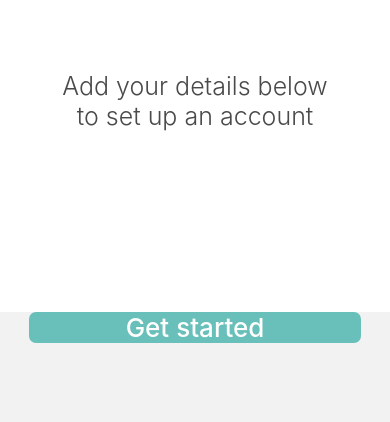
Repository: pheonixlegend/keleya
Screen: /Sign Up
The author's editor kept a copy of each file at every save. The screen is drawn from the files as they stood at one save, then again after the next save.
The pictures show rows 422 to 1018 of an output 844 px tall.
The app was drawn by React Native's web renderer in a window 390 px wide. The project was rebuilt for these pictures with package versions that can differ from the ones it lists, and the page was loaded fresh each time.

Above is the screen before, as saved 2021-10-01 00:37:42.

### App.tsx
import { StatusBar } from 'expo-status-bar';
import React from 'react';
import { StyleSheet, Text, View } from 'react-native';
import Home from './screens/Home';
import { NavigationContainer } from '@react-navigation/native';
import AppStack from './routes/AppStack';

export default function App() {
  return (
    <NavigationContainer>
      <AppStack />
    </NavigationContainer>
  );
}

const styles = StyleSheet.create({
  container: {
    flex: 1,
    backgroundColor: '#fff',
    alignItems: 'center',
    justifyContent: 'center',
  },
});

### routes/AppStack.tsx
import { createStackNavigator } from '@react-navigation/stack';
import { Image } from 'react-native';
import Home from '../screens/Home';
import ImageHeader from '../components/ImageHeader';
import SignUp from '../screens/SignUp';
import React from 'react';
import { Entypo } from '@expo/vector-icons';

const Stack = createStackNavigator();
    const appStack = () => {
        return (
            <Stack.Navigator
                screenOptions={{
                headerShown: false,
                headerTransparent: true,
                headerStyle: {
                  },
                  headerBackTitleStyle: {
                      opacity: 0,
                  },
                  headerTintColor: 'transparent'
                }}
            >
                <Stack.Screen name="Home" component={Home} />
                <Stack.Screen
                    name="Sign Up"
                    component={SignUp}
                    options={{
                        headerShown: true,
                        headerBackImage: ()=>(<Entypo name='arrow-left' size={22}
                        color="#4a4a4a" style={{ paddingLeft: '20%', marginTop: '-10%' }} />)
                    }}
                />
            </Stack.Navigator>
        )
    }
export default appStack

### screens/Home.tsx
import { StatusBar } from 'expo-status-bar';
import React from 'react';
import { StyleSheet, Text, View, Button, Image, SafeAreaView, ImageBackground, TouchableOpacity } from 'react-native';
import { Global } from '../styles/Global'

const Home = ({navigation}: {navigation: any}) => {
  const pressHandler = () => {
    navigation.push("Sign Up")
  }

  return (
    <ImageBackground source={require('../assets/images/first-intro-image.png')} style={styles.backgroundImage} >

    <SafeAreaView style={Global.container}>
      <StatusBar backgroundColor={'transparent'} translucent/>

      <View style={styles.imageContainer}>
        <Image source={require('../assets/images/keleya-logo.png')} style={styles.image} resizeMode="contain" />
      </View>

      <View style={styles.centeredView}>
        <Text style={styles.subText}>For a fit and relaxed pregnancy</Text>
      </View>

      <View style={styles.buttonContainer}>
      <TouchableOpacity style={styles.customBtnBGBottom} onPress={pressHandler}>
        <Text style={styles.customBtnTextBottom}>Get started</Text>
      </TouchableOpacity>


      <TouchableOpacity style={styles.customBtnBGBottom2} onPress={pressHandler}>
        <Text style={styles.customBtnTextBottom2}>Or login</Text>
      </TouchableOpacity>
      </View>
    </SafeAreaView>

    </ImageBackground>
  )
}

const styles = StyleSheet.create({
  imageContainer: {
    justifyContent: 'center',
    alignItems: 'center',
    height: '20%'
  },

  backgroundImage: {
    flex: 1,
    width: undefined,
    height: undefined,
    resizeMode: 'cover'
  },

  centeredView: {
    justifyContent: 'center',
    alignItems: 'center'
  },

  image: {
    width: '23%',
    height: '100%'
  },

  subText: {
    textAlign: 'center',
    fontSize: 24,
    fontWeight: "500",
    marginTop: '-3%',
    width: '53%',
    color: "#4a4a4a"
  },

  buttonContainer: {
    flex: 1,
    alignItems: 'center',
    height: '12.4%',
  },

  customBtnBGBottom: {
    backgroundColor: "#69c0ba",
    borderRadius: 7,
    width: '85%',
    height: '6.2%',
    position: 'absolute',
    bottom: 0,
    marginBottom: '23%',
    justifyContent: 'center',
    alignItems: 'center',
  },

  customBtnBGBottom2: {
    backgroundColor: "transparent",
    borderRadius: 7,
    width: '85%',
    position: 'absolute',
    bottom: 0,
    marginBottom: '10%',
    justifyContent: 'center',
    alignItems: 'center',
  },

  customBtnTextBottom: {
    fontSize: 26,
    fontWeight: "500",
    color: "#fff",
    textAlign: "center"
  },

  customBtnTextBottom2: {
    fontSize: 21,
    fontWeight: "600",
    color: "#4a4a4a",
    textAlign: "center"
  }

});

export default Home

### screens/SignUp.tsx
import { StatusBar } from 'expo-status-bar';
import React from 'react';
import { StyleSheet, Text, View, Button, Image, SafeAreaView, ImageBackground, TouchableOpacity } from 'react-native';
import { Global } from '../styles/Global';
import ImageHeader from '../components/ImageHeader';

const SignUp = ({navigation}: {navigation: any}) => {
  const pressHandler = () => {
    navigation.push("Home")
  }

 return (
    <SafeAreaView style={Global.container}>
      <StatusBar backgroundColor={'transparent'} translucent/>
      <ImageHeader/>
      <View style={styles.centeredView}>
        <Text style={styles.subText}>Add your details below to set up an account</Text>
      </View>
      <View style={styles.buttonContainer}>
      <TouchableOpacity style={styles.customBtnBGBottom} onPress={pressHandler}>
        <Text style={styles.customBtnTextBottom}>Get started</Text>
      </TouchableOpacity>
      </View>
    </SafeAreaView>
  )
}

const styles = StyleSheet.create({

  centeredView: {
    height: '50%',
    justifyContent: 'center',
    alignItems: 'center',
    backgroundColor: 'white',
    marginTop: '80%',
    paddingLeft: '10%',
    paddingRight: '10%',
  },

  subText: {
    textAlign: 'center',
    fontSize: 25,
    width: '90%',
    fontWeight: "300",
    color: "#4a4a4a"
  },

  buttonContainer: {
    alignItems: 'center',
  },

  customBtnBGBottom: {
    backgroundColor: "#69c0ba",
    borderRadius: 7,
    width: '85%',
    position: 'relative',
    justifyContent: 'center',
    alignItems: 'center',
  },

  customBtnTextBottom: {
    fontSize: 26,
    fontWeight: "500",
    color: "#fff",
    textAlign: "center"
  }

});

export default SignUp

### styles/Global.tsx
import { StyleSheet } from 'react-native';

export const Global = StyleSheet.create({
    container: {
        flex: 1,
        backgroundColor: 'transparent',
        height: '100%'
    }
})

### components/ImageHeader.tsx
import * as React from 'react';
import { Text, View, StyleSheet, Image, ImageBackground } from 'react-native';
import { Entypo } from '@expo/vector-icons';

export default function ImageHeader() {
  return (
      <Image source={require('../assets/images/authentication-background-image.jpg')} style={styles.image} resizeMode="cover">

    </Image>
  );
}

const styles = StyleSheet.create({
  image: {
    flex: 1,
    position: 'absolute',
    width: '100%',
    height: '50%'
  }
});

After the next save:
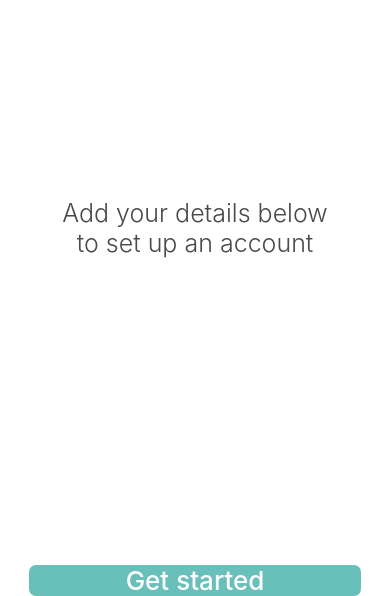
Saved 13 s later.
--- a/screens/SignUp.tsx
+++ b/screens/SignUp.tsx
@@ -28,7 +28,7 @@
 const styles = StyleSheet.create({
 
   centeredView: {
-    height: '50%',
+    height: '80%',
     justifyContent: 'center',
     alignItems: 'center',
     backgroundColor: 'white',

After the save that followed:
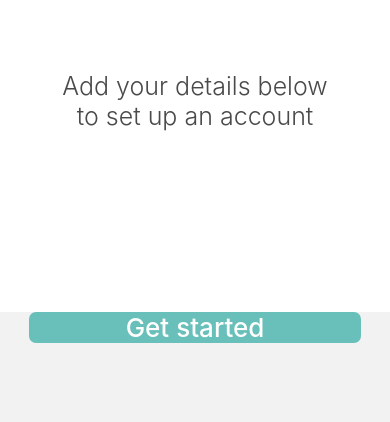
Saved 18 s later.
--- a/screens/SignUp.tsx
+++ b/screens/SignUp.tsx
@@ -28,7 +28,7 @@
 const styles = StyleSheet.create({
 
   centeredView: {
-    height: '80%',
+    height: '50%',
     justifyContent: 'center',
     alignItems: 'center',
     backgroundColor: 'white',
